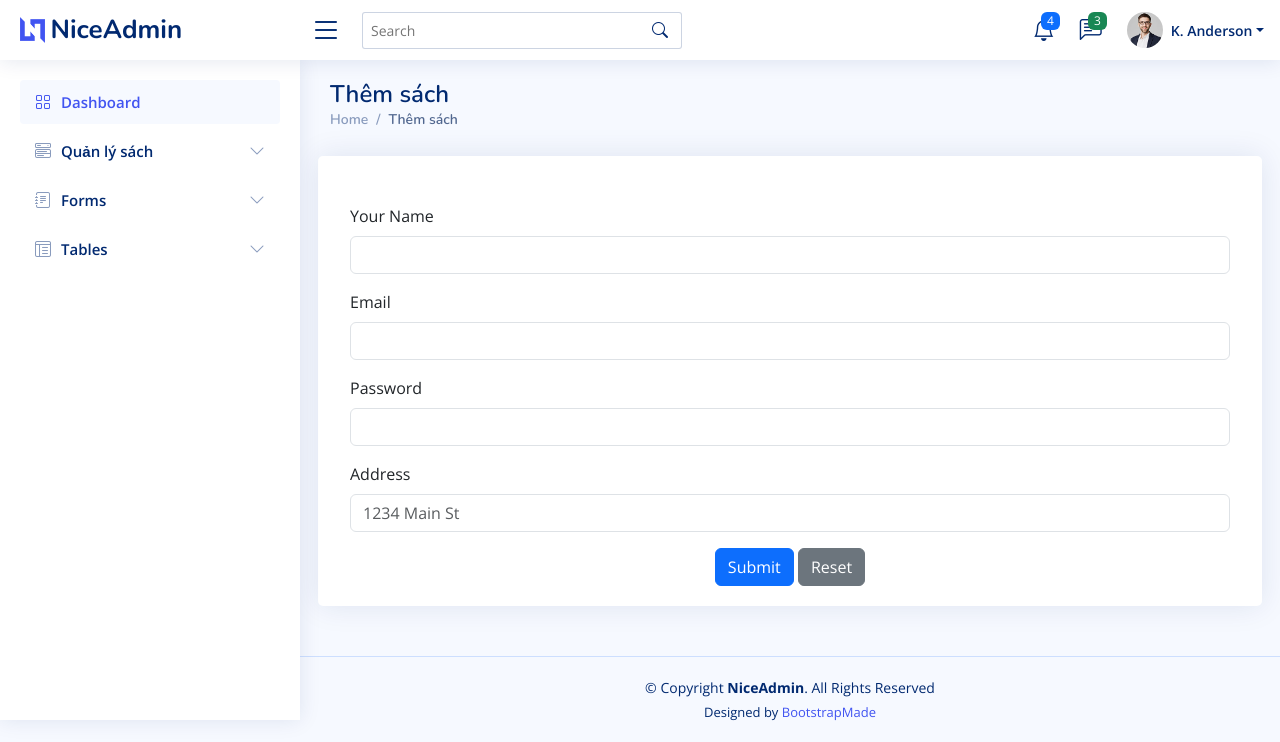
Repository: Hoainam7895123/library_manager
Page: http://localhost/library_manager/addBook.jsp
These files come from the project's save history. The page is drawn as it stood at one moment and after the next save; the edit follows.
The browser window is 1280 px wide. The pictures show the whole page.
The page is served by Tomcat 9.

Above is the page before, as saved 2024-06-06 01:11:15.

After the next save:
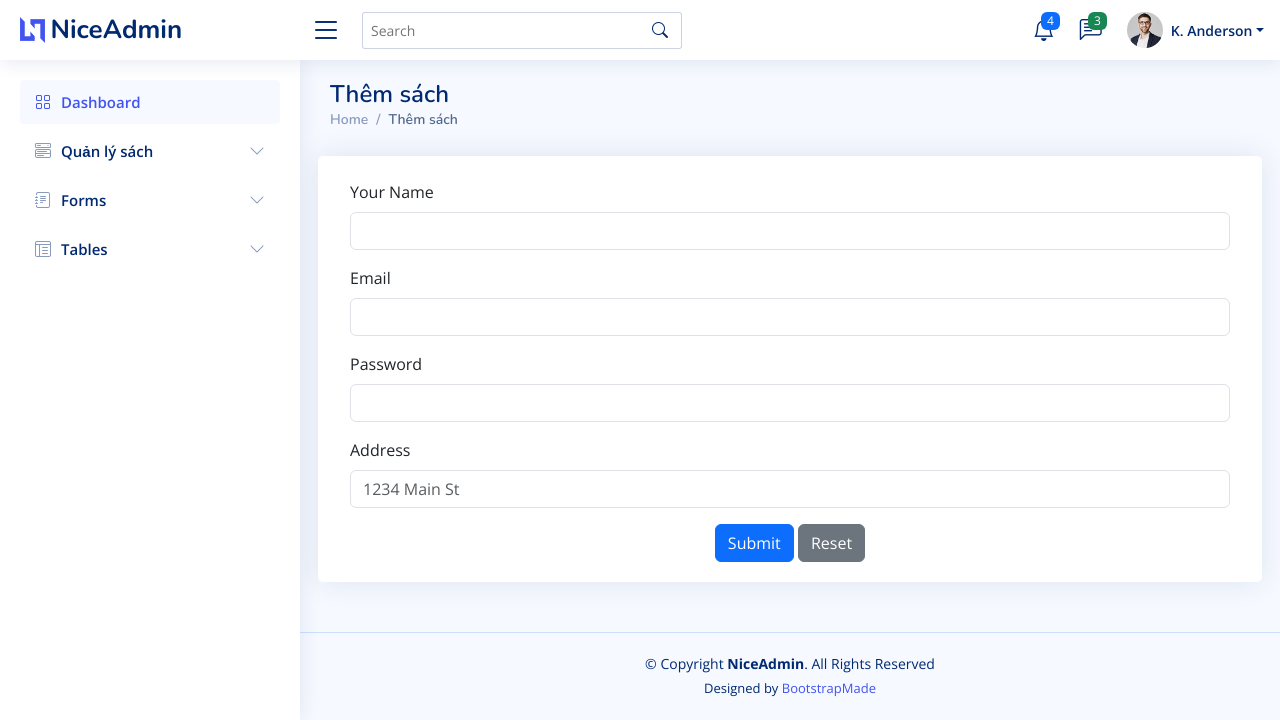
Saved 7 s later.
--- a/library_manager/src/main/webapp/addBook.jsp
+++ b/library_manager/src/main/webapp/addBook.jsp
@@ -355,7 +355,7 @@
 					<div class="card-body">
 						<!-- Vertical Form -->
 						<form class="row g-3">
-							<div class="col-12 pt-5">
+							<div class="col-12 pt-4">
 								<label for="inputNanme4" class="form-label">Your Name</label> <input
 									type="text" class="form-control" id="inputNanme4">
 							</div>
